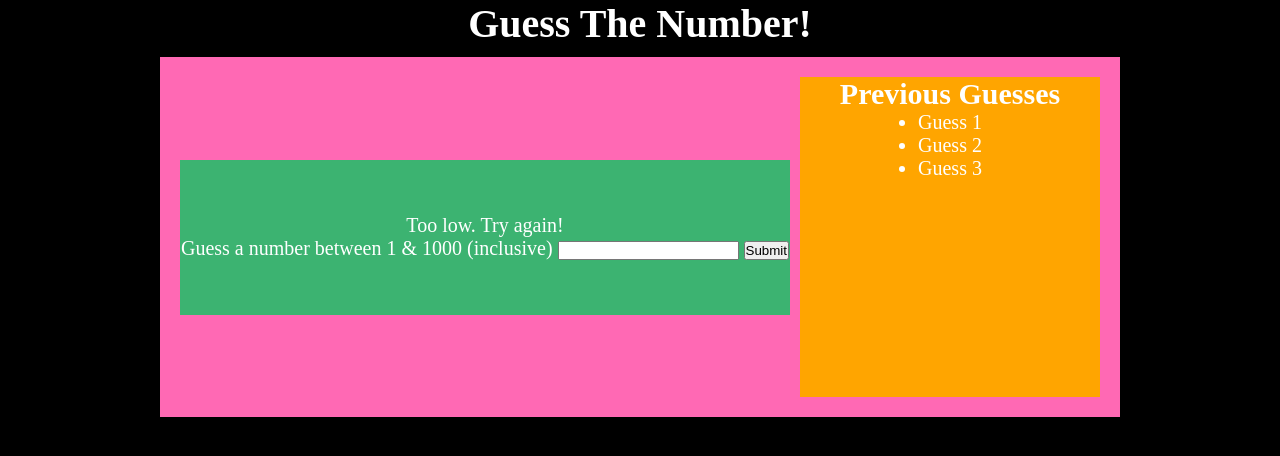
Repository: mlmEFSC21/P14-Guessing-Game
Page: guess.html
These files come from the project's save history. The page is drawn as it stood at one moment and after the next save; the edit follows.
The browser window is 1280 px wide. The pictures show the whole page.

Above is the page before, as saved 2022-03-17 12:44:08.

After the next save:
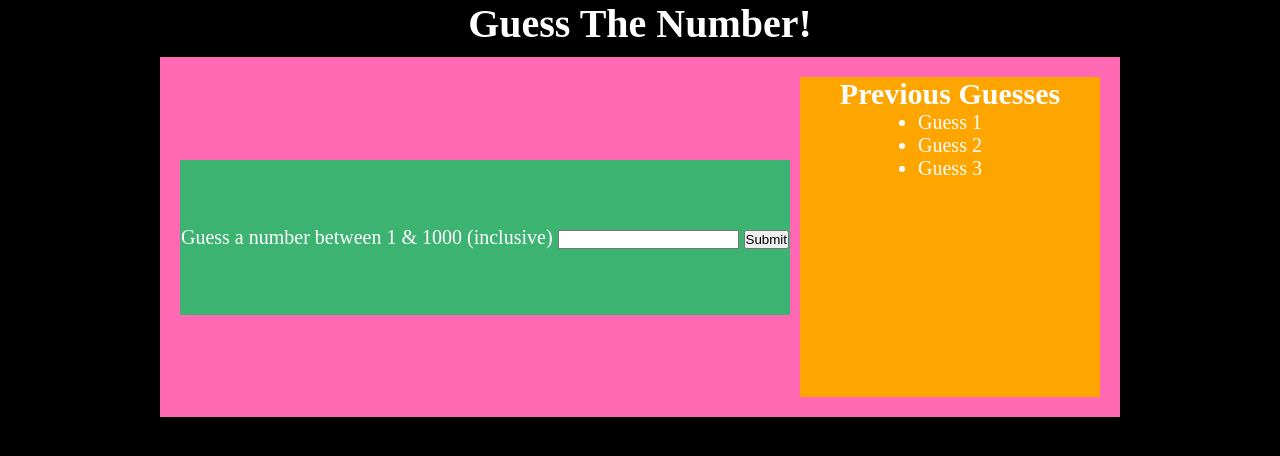
Saved 3 min 52 s later.
--- a/guess.js
+++ b/guess.js
@@ -23,7 +23,7 @@
     }
 }
 
-submitButton.addEventListener("click", checkGuess(currentGuess, randomNumber));
+// submitButton.addEventListener("click", checkGuess(currentGuess, randomNumber));
 //logging random number for debugging. DELETE LATER
 console.log(randomNumber);
 console.log(guesses);

After the 4 saves that followed:
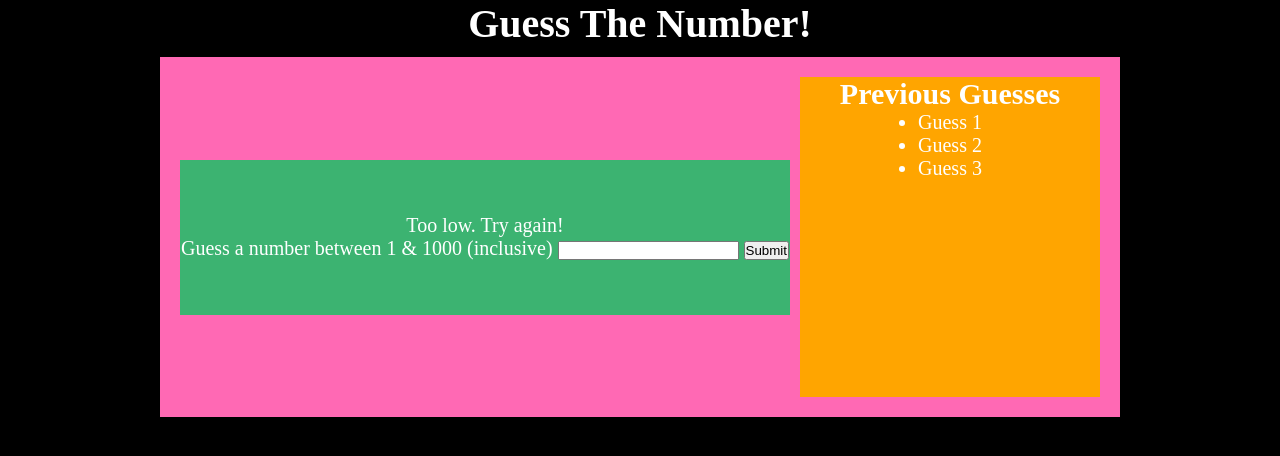
The 4 saves are shown as one change because 3 left the picture as it was.
The last was saved 5 min 27 s later.
--- a/guess.js
+++ b/guess.js
@@ -1,30 +1,30 @@
 let randomNumber = Math.floor(Math.random() * 10 + 1);
 let guesses = [];
 const guessInput = document.getElementById("guessInput");
-const currentGuess = Number(guessInput.value);
 const resultsDiv = document.getElementById("results");
 const submitButton = document.getElementById("submitBtn");
 const p = document.createElement("p");
 
-function checkGuess(guess, rng) {
-    if (guess == rng) {
+function checkGuess(rng) {
+    const currentGuess = Number(guessInput.value);
+    if (currentGuess == rng) {
         p.innerText = "You won. Good job!";
         resultsDiv.append(p);
     }
-    if (guess < rng) {
+    if (currentGuess < rng) {
         guesses.push(currentGuess);
         p.innerText = "Too low. Try again!";
         resultsDiv.append(p);
     }
-    if (guess > rng) {
+    if (currentGuess > rng) {
         guesses.push(currentGuess);
         p.innerText = "Too high. Try again!";
         resultsDiv.append(p);
     }
 }
 
-// submitButton.addEventListener("click", checkGuess(currentGuess, randomNumber));
+submitButton.addEventListener("click", checkGuess(randomNumber));
 //logging random number for debugging. DELETE LATER
 console.log(randomNumber);
 console.log(guesses);
-console.log(currentGuess);
+// console.log(currentGuess);
